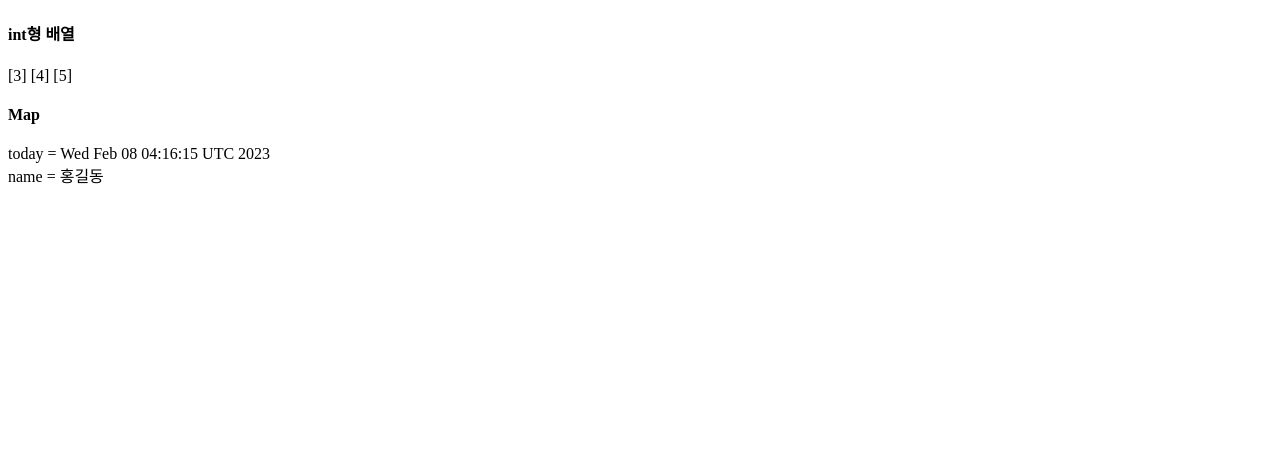
Repository: fatesky25/JSPprogram
Page: http://localhost/ServletProject/jstl/forEx04.jsp
The author's editor kept a copy of each file at every save. The page is drawn from the files as they stood at one save, then again after a run of saves.
The browser window is 1280 px wide. The pictures show the whole page.
The page is served by Tomcat 9. Nobody is signed in. The application's start-up code is not run.

Above is the page before, as saved 2023-02-16 04:57:03.

After the next 3 saves:
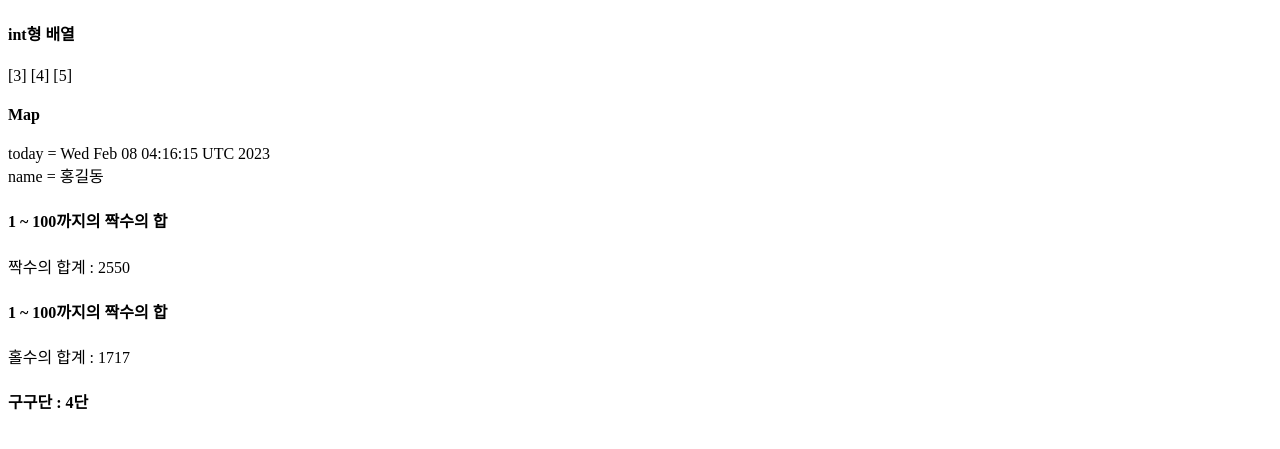
The 3 saves are shown as one change because 2 did not build or start.
The last was saved 11 min 17 s later.
--- a/ServletProject/src/main/webapp/jstl/forEx04.jsp
+++ b/ServletProject/src/main/webapp/jstl/forEx04.jsp
@@ -32,5 +32,32 @@
 <c:forEach var="i" items="${map}">
 ${i.key} = ${i.value}<br>
 </c:forEach>
+
+<h4> 1 ~ 100까지의 짝수의 합</h4>
+<c:set var="sum" value="0" />
+<c:forEach var="i" begin="0" end="100" step="2" >
+<c:set var="sum" value="${sum+i}" />
+</c:forEach>
+짝수의 합계 : ${sum}<br>
+
+
+<h4> 1 ~ 100까지의 짝수의 합</h4>
+<c:set var="sum" value="0" />
+<c:forEach var="i" begin="1" end="100" step="3" >
+<c:set var="sum" value="${sum+i}" />
+</c:forEach>
+홀수의 합계 : ${sum}<br>
+
+
+<h4> 구구단 : 4단 </h4>
+<c:set var="sum" value="0" />
+<c:forEach var="i" begin="" end="" step="4">
+<c:set var="sum" value="${sum*i}" />
+</c:forEach>
+
+
+
+
+
 </body>
 </html>
